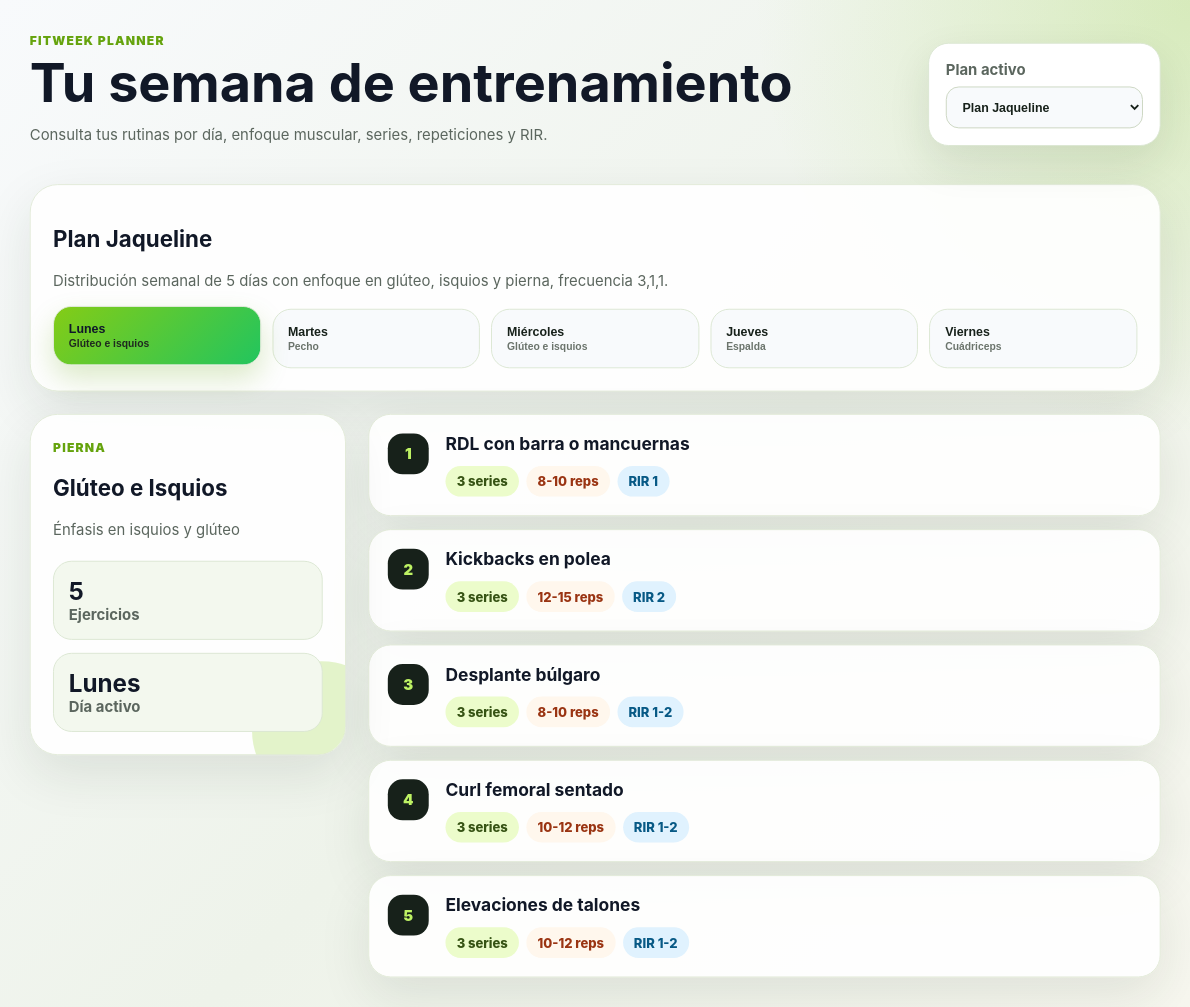
Repository: Jaqueline-CO/Fitweek-Planner
Page: /dashboard
An editor plug-in stored every save of this project. The page is shown before and after a run of saves, followed by the edit.
The browser window is 1280 px wide. The pictures show the whole page, at 93% of full size.
The project was rebuilt for these pictures with package versions that can differ from the ones it lists, and the page was loaded fresh each time. Also part of the build but not shown: vite.config.js.

Above is the page before, as saved 2026-06-17 12:29:42.

### index.html
<!doctype html>
<html lang="en">
  <head>
    <meta charset="UTF-8" />
    <link rel="icon" type="image/svg+xml" href="/favicon.svg" />
    <meta name="viewport" content="width=device-width, initial-scale=1.0" />
    <title>rutinasgym</title>
  </head>
  <body>
    <div id="root"></div>
    <script type="module" src="/src/main.jsx"></script>
  </body>
</html>

### src/index.css
* {
  box-sizing: border-box;
}

html,
body,
#root {
  width: 100%;
  min-height: 100%;
  margin: 0;
}

body {
  min-width: 320px;
  font-family: Inter, system-ui, sans-serif;
}

### src/App.jsx
import AppRoutes from "./routes/AppRoutes";

function App() {
  return <AppRoutes />;
}

export default App;

### src/routes/AppRoutes.jsx
import { BrowserRouter, Routes, Route } from "react-router-dom";
import Login from "../pages/Login";
import Dashboard from "../pages/Dashboard";

function AppRoutes() {
  return (
    <BrowserRouter>
      <Routes>
        <Route path="/" element={<Login />} />
        <Route path="/dashboard" element={<Dashboard />} />
      </Routes>
    </BrowserRouter>
  );
}

export default AppRoutes;

### src/pages/Dashboard.jsx
import { useState } from "react";
import { weeklyPlans } from "../data/weeklyPlans";
import { routines } from "../data/routines";
import "../styles/Dashboard.css";

function Dashboard() {
  const [selectedPlanId, setSelectedPlanId] = useState("jaqueline");
  const [selectedDay, setSelectedDay] = useState("Lunes");

  const selectedPlan = weeklyPlans.find((plan) => plan.id === selectedPlanId);
  const selectedPlanDay = selectedPlan.days.find((item) => item.day === selectedDay);
  const selectedRoutine = routines.find((routine) => routine.id === selectedPlanDay.routineId);

  return (
    <main className="dashboard-page">
      <section className="dashboard-hero">
        <div>
          <span className="eyebrow">FitWeek Planner</span>
          <h1>Tu semana de entrenamiento</h1>
          <p>Consulta tus rutinas por día, enfoque muscular, series, repeticiones y RIR.</p>
        </div>

        <div className="plan-selector">
          <label>Plan activo</label>
          <select
            value={selectedPlanId}
            onChange={(e) => {
              setSelectedPlanId(e.target.value);
              setSelectedDay("Lunes");
            }}
          >
            {weeklyPlans.map((plan) => (
              <option key={plan.id} value={plan.id}>
                {plan.name}
              </option>
            ))}
          </select>
        </div>
      </section>

      <section className="plan-card">
        <div>
          <h2>{selectedPlan.name}</h2>
          <p>{selectedPlan.description}</p>
        </div>

        <div className="day-tabs">
          {selectedPlan.days.map((item) => (
            <button
              key={item.day}
              className={selectedDay === item.day ? "day-tab active" : "day-tab"}
              onClick={() => setSelectedDay(item.day)}
            >
              <span>{item.day}</span>
              <small>{item.label}</small>
            </button>
          ))}
        </div>
      </section>

      <section className="routine-layout">
        <aside className="routine-summary">
          <span className="routine-category">{selectedRoutine.category}</span>
          <h2>{selectedRoutine.title}</h2>
          <p>{selectedRoutine.focus}</p>

          <div className="summary-stats">
            <div>
              <strong>{selectedRoutine.exercises.length}</strong>
              <span>Ejercicios</span>
            </div>
            <div>
              <strong>{selectedDay}</strong>
              <span>Día activo</span>
            </div>
          </div>
        </aside>

        <section className="exercise-list">
          {selectedRoutine.exercises.map((exercise, index) => (
            <article className="exercise-card" key={index}>
              <div className="exercise-number">{index + 1}</div>

              <div className="exercise-info">
                <h3>{exercise.name}</h3>

                <div className="exercise-tags">
                  <span>{exercise.sets} series</span>
                  <span>{exercise.reps} reps</span>
                  <span>RIR {exercise.rir}</span>
                </div>

                {exercise.notes && <p>{exercise.notes}</p>}
              </div>
            </article>
          ))}
        </section>
      </section>
    </main>
  );
}

export default Dashboard;

### src/data/weeklyPlans.js
export const weeklyPlans = [
  {
    id: "jaqueline",
    name: "Plan Jaqueline",
    description: "Distribución semanal de 5 días con enfoque en glúteo, isquios y pierna, frecuencia 3,1,1.",
    days: [
      { day: "Lunes", routineId: "gluteo-isquios", label: "Glúteo e isquios" },
      { day: "Martes", routineId: "pecho-a", label: "Pecho" },
      { day: "Miércoles", routineId: "gluteo-isquios", label: "Glúteo e isquios" },
      { day: "Jueves", routineId: "espalda", label: "Espalda" },
      { day: "Viernes", routineId: "cuadriceps", label: "Cuádriceps" },
    ],
  },
  {
    id: "alan",
    name: "Plan Alan",
    description: "Distribución semanal de 5 días con enfoque en Pecho, frecuencia 2,2,1.",
    days: [
      { day: "Lunes", routineId: "gluteo-isquios", label: "Glúteo e isquios" },
      { day: "Martes", routineId: "pecho-a", label: "Pecho" },
      { day: "Miércoles", routineId: "espalda", label: "Espalda" },
      { day: "Jueves", routineId: "pecho-b", label: "Pecho" },
      { day: "Viernes", routineId: "cuadriceps", label: "Cuádriceps" },
    ],
  },
];

### src/data/routines.js
export const routines = [
  {
    id: "gluteo-isquios",
    title: "Glúteo e Isquios",
    category: "Pierna",
    focus: "Énfasis en isquios y glúteo",
    exercises: [
      { name: "RDL con barra o mancuernas", sets: 3, reps: "8-10", rir: "1", video:"./videos/rdl.mp4" },
      { name: "Kickbacks en polea", sets: 3, reps: "12-15", rir: "2",video:"./videos/kickback-polea.mp4"},
      { name: "Desplante búlgaro", sets: 3, reps: "8-10", rir: "1-2", video:"./videos/-bulgaro.mp4" },
      { name: "Curl femoral sentado", sets: 3, reps: "10-12", rir: "1-2" },
      { name: "Elevaciones de talones", sets: 3, reps: "10-12", rir: "1-2" },
    ],
  },
  {
    id: "cuadriceps",
    title: "Cuádriceps",
    category: "Pierna",
    focus: "Énfasis en cuádriceps",
    exercises: [
      { name: "Sentadilla Hack", sets: 3, reps: "6-8", rir: "1" },
      { name: "Hip Thrust con barra", sets: 3, reps: "8-10", rir: "1" },
      { name: "Curl femoral acostado", sets: 3, reps: "10-12", rir: "1-2" },
      { name: "Extensiones de cuádriceps", sets: 3, reps: "10-12", rir: "1-2" },
      { name: "Abducción en máquina", sets: 3, reps: "12-15", rir: "1-2" },
      { name: "Adducción en máquina", sets: 3, reps: "12-15", rir: "1-2" },
      { name: "Elevaciones de talones", sets: 3, reps: "10-12", rir: "1-2" },
    ],
  },
  {
    id: "pecho-a",
    title: "Pecho A",
    category: "Pecho",
    focus: "Énfasis en pectoral mayor",
    exercises: [
      { name: "Press inclinado con mancuernas", sets: 3, reps: "8-10", rir: "1-2" },
      { name: "Press plano con barra", sets: 2, reps: "6-8", rir: "0-1" },
      { name: "Elevaciones laterales con mancuerna", sets: 2, reps: "12-15", rir: "2" },
      { name: "Elevaciones en polea baja unilateral", sets: 3, reps: "12-15", rir: "2" },
      { name: "Extensión de tríceps con cuerda", sets: 2, reps: "12-15", rir: "1-2" },
    ],
  },
  {
    id: "pecho-b",
    title: "Pecho B",
    category: "Pecho",
    focus: "Deltoide anterior, lateral y tríceps",
    exercises: [
      { name: "Press militar con mancuernas", sets: 3, reps: "8-10", rir: "1" },
      { name: "Press plano con barra o máquina", sets: 2, reps: "6-8", rir: "1" },
      { name: "Cruce en poleas baja", sets: 2, reps: "12-15", rir: "2" },
      { name: "Elevaciones laterales con mancuernas", sets: 2, reps: "15-20", rir: "2" },
      { name: "Extensión de tríceps overhead con cuerda", sets: 2, reps: "12-15", rir: "1-2" },
      { name: "Push down con cuerda", sets: 2, reps: "10-12", rir: "1-2" },
    ],
  },
  {
    id: "espalda",
    title: "Espalda",
    category: "Espalda",
    focus: "Dorsales - Amplitud, fuerza de tracción y foco lat",
    exercises: [
      { name: "Jalón al pecho con agarre neutro", sets: 4, reps: "8-10", rir: "-", notes: "Máxima activación del dorsal ancho. Tensión mecánica alta." },
      { name: "Remo en maquina unilateral", sets: 4, reps: "8-10", rir: "-", notes: "Segunda línea de tracción horizontal. Enfocado en upper back general." },
      { name: "Pull-over con cuerda en polea alta", sets: 3, reps: "12-15", rir: "-", notes: "Aislamiento del dorsal, sin intervención del bíceps." },
      { name: "Curl de bíceps en maquina", sets: 3, reps: "10-12", rir: "-", notes: "Foco total en bíceps braquial con gran estiramiento." },
    ],
  },
];

### src/styles/Dashboard.css
.dashboard-page {
  min-height: 100vh;
  padding: 32px;
  color: #17211a;
  background:
    radial-gradient(circle at top right, rgba(132, 204, 22, 0.22), transparent 28%),
    linear-gradient(135deg, #f8fafc, #eef3ea 55%, #f7f7ef);
  font-family: Inter, system-ui, sans-serif;
}

.dashboard-hero {
  display: flex;
  justify-content: space-between;
  gap: 24px;
  align-items: center;
  margin-bottom: 28px;
}

.eyebrow,
.routine-category {
  color: #65a30d;
  font-weight: 900;
  letter-spacing: 0.1em;
  text-transform: uppercase;
  font-size: 13px;
}

.dashboard-hero h1 {
  font-size: clamp(34px, 5vw, 58px);
  margin: 8px 0;
  color: #111827;
  line-height: 1;
}

.dashboard-hero p,
.plan-card p,
.routine-summary p,
.exercise-info p {
  color: #5b665e;
}

.plan-selector {
  background: #ffffff;
  border: 1px solid #dbe7d2;
  padding: 18px;
  border-radius: 22px;
  min-width: 250px;
  box-shadow: 0 18px 45px rgba(32, 51, 34, 0.1);
}

.plan-selector label {
  display: block;
  margin-bottom: 8px;
  color: #5b665e;
  font-weight: 700;
}

.plan-selector select {
  width: 100%;
  padding: 13px;
  border-radius: 14px;
  border: 1px solid #cbd5c0;
  outline: none;
  font-weight: 800;
  color: #17211a;
  background: #f8fafc;
}

.plan-card,
.routine-summary,
.exercise-card {
  background: rgba(255, 255, 255, 0.92);
  border: 1px solid #e1ead8;
  box-shadow: 0 20px 55px rgba(32, 51, 34, 0.1);
}

.plan-card {
  border-radius: 30px;
  padding: 24px;
  margin-bottom: 24px;
}

.plan-card h2,
.routine-summary h2,
.exercise-info h3 {
  color: #111827;
}

.day-tabs {
  display: grid;
  grid-template-columns: repeat(5, 1fr);
  gap: 12px;
  margin-top: 20px;
}

.day-tab {
  border: 1px solid #dbe7d2;
  border-radius: 20px;
  padding: 16px;
  cursor: pointer;
  background: #f8fafc;
  color: #17211a;
  text-align: left;
  transition: 0.2s ease;
}

.day-tab span {
  display: block;
  font-weight: 900;
}

.day-tab small {
  color: #6b746c;
  font-weight: 600;
}

.day-tab.active,
.day-tab:hover {
  background: linear-gradient(135deg, #84cc16, #22c55e);
  color: #0f172a;
  transform: translateY(-3px);
  box-shadow: 0 14px 30px rgba(101, 163, 13, 0.22);
}

.day-tab.active small,
.day-tab:hover small {
  color: #1f2a1f;
}

.routine-layout {
  display: grid;
  grid-template-columns: 340px 1fr;
  gap: 24px;
}

.routine-summary {
  border-radius: 30px;
  padding: 24px;
  height: fit-content;
  position: relative;
  overflow: hidden;
}

.routine-summary::after {
  content: "";
  position: absolute;
  width: 150px;
  height: 150px;
  right: -50px;
  bottom: -50px;
  background: rgba(132, 204, 22, 0.22);
  border-radius: 50%;
}

.summary-stats {
  display: grid;
  grid-template-columns: 1fr;
  gap: 14px;
  margin-top: 24px;
  position: relative;
  z-index: 1;
}

.summary-stats div {
  background: #f3f8ee;
  border: 1px solid #dbe7d2;
  border-radius: 20px;
  padding: 16px;
}

.summary-stats strong {
  display: block;
  font-size: 26px;
  color: #111827;
}

.summary-stats span {
  color: #5b665e;
  font-weight: 700;
}

.exercise-list {
  display: grid;
  gap: 14px;
}

.exercise-card {
  display: flex;
  gap: 18px;
  align-items: flex-start;
  border-radius: 24px;
  padding: 20px;
  transition: 0.2s ease;
}

.exercise-card:hover {
  transform: translateY(-2px);
  box-shadow: 0 22px 60px rgba(32, 51, 34, 0.14);
}

.exercise-number {
  width: 44px;
  height: 44px;
  border-radius: 16px;
  display: grid;
  place-items: center;
  font-weight: 900;
  background: #17211a;
  color: #bef264;
}

.exercise-info h3 {
  margin: 0 0 12px;
}

.exercise-tags {
  display: flex;
  flex-wrap: wrap;
  gap: 8px;
}

.exercise-tags span {
  padding: 8px 12px;
  border-radius: 999px;
  background: #ecfccb;
  color: #365314;
  font-size: 14px;
  font-weight: 800;
}

.exercise-tags span:nth-child(2) {
  background: #fff7ed;
  color: #9a3412;
}

.exercise-tags span:nth-child(3) {
  background: #e0f2fe;
  color: #075985;
}

@media (max-width: 1100px) {
  .routine-layout {
    grid-template-columns: 300px 1fr;
  }

  .dashboard-hero h1 {
    font-size: 42px;
  }
}

@media (max-width: 900px) {
  .dashboard-page {
    padding: 24px;
  }

  .dashboard-hero {
    display: grid;
    grid-template-columns: 1fr;
  }

  .plan-selector {
    width: 100%;
    min-width: 0;
  }

  .day-tabs {
    grid-template-columns: repeat(2, 1fr);
  }

  .routine-layout {
    grid-template-columns: 1fr;
  }

  .routine-summary {
    position: static;
  }
}

@media (max-width: 600px) {
  .dashboard-page {
    padding: 16px;
  }

  .dashboard-hero h1 {
    font-size: 34px;
  }

  .dashboard-hero p {
    font-size: 15px;
  }

  .plan-card,
  .routine-summary,
  .exercise-card {
    border-radius: 22px;
  }

  .plan-card {
    padding: 18px;
  }

  .day-tabs {
    grid-template-columns: 1fr;
  }

  .day-tab {
    padding: 14px;
  }

  .exercise-card {
    flex-direction: column;
  }

  .exercise-number {
    width: 38px;
    height: 38px;
  }

  .exercise-tags {
    gap: 6px;
  }

  .exercise-tags span {
    font-size: 13px;
    padding: 7px 10px;
  }
}

Loaded but not shown: src/main.jsx (common file); src/pages/Login.jsx (no stored copy; drawn as an empty file)

After the next 3 saves:
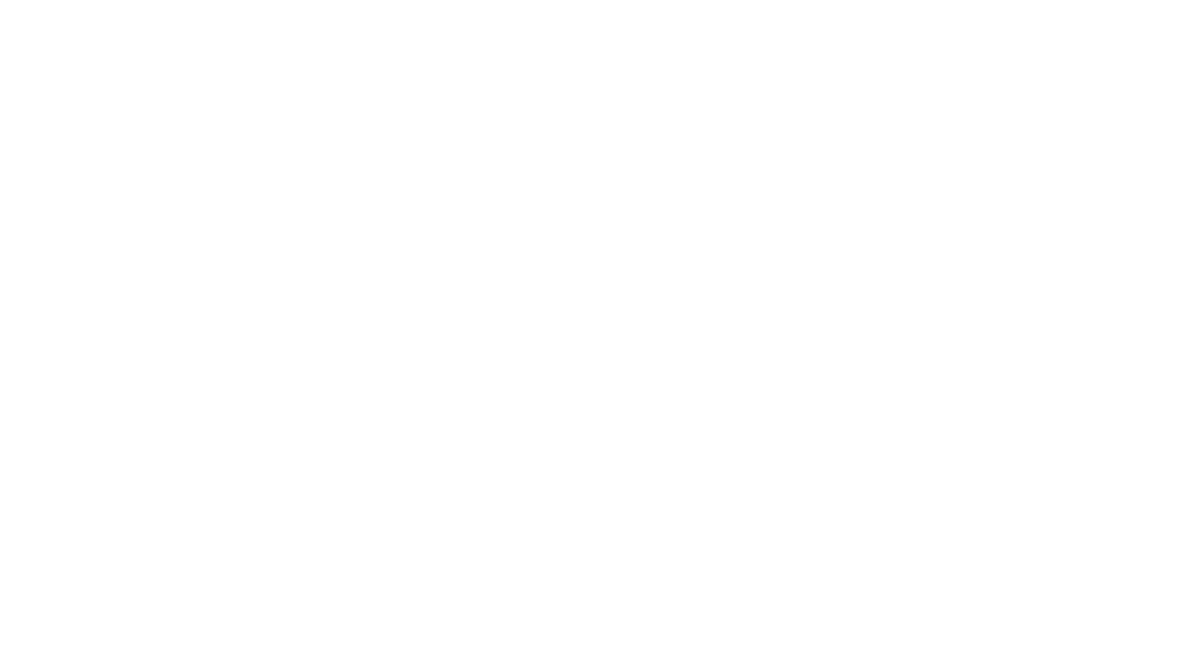
Console error: ReferenceError: video is not defined
The 3 saves are shown as one change because they came seconds apart.
The last was saved 10 s later.
--- a/src/data/routines.js
+++ b/src/data/routines.js
@@ -7,8 +7,8 @@
     exercises: [
       { name: "RDL con barra o mancuernas", sets: 3, reps: "8-10", rir: "1", video:"./videos/rdl.mp4" },
       { name: "Kickbacks en polea", sets: 3, reps: "12-15", rir: "2",video:"./videos/kickback-polea.mp4"},
-      { name: "Desplante búlgaro", sets: 3, reps: "8-10", rir: "1-2", video:"./videos/-bulgaro.mp4" },
-      { name: "Curl femoral sentado", sets: 3, reps: "10-12", rir: "1-2" },
+      { name: "Desplante búlgaro", sets: 3, reps: "8-10", rir: "1-2", video:"./videos/bulgara.mp4" },
+      { name: "Curl femoral sentado", sets: 3, reps: "10-12", rir: "1-2", video },
       { name: "Elevaciones de talones", sets: 3, reps: "10-12", rir: "1-2" },
     ],
   },

After the save that followed:
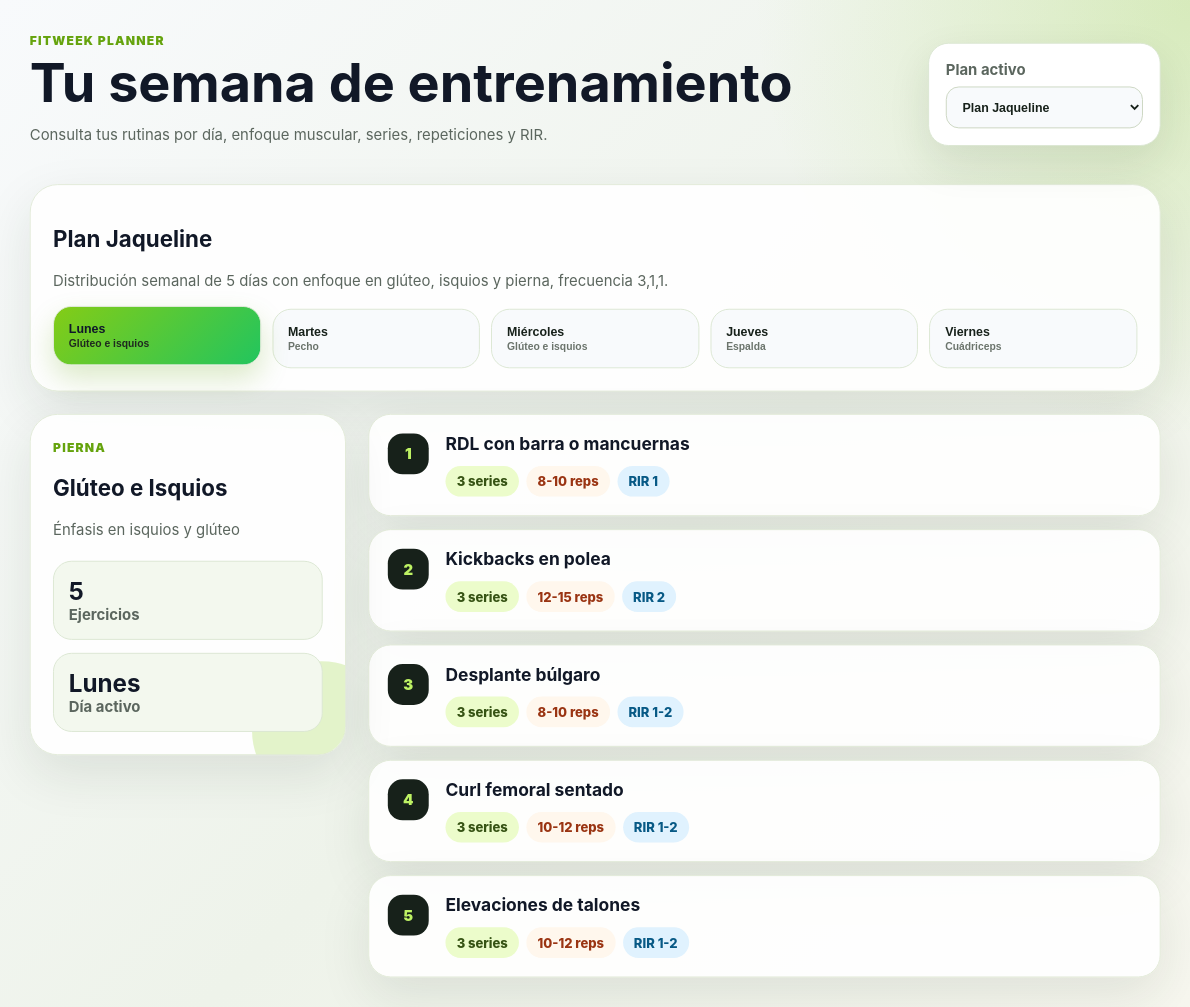
The error is gone.
Saved 4 s later.
--- a/src/data/routines.js
+++ b/src/data/routines.js
@@ -8,7 +8,7 @@
       { name: "RDL con barra o mancuernas", sets: 3, reps: "8-10", rir: "1", video:"./videos/rdl.mp4" },
       { name: "Kickbacks en polea", sets: 3, reps: "12-15", rir: "2",video:"./videos/kickback-polea.mp4"},
       { name: "Desplante búlgaro", sets: 3, reps: "8-10", rir: "1-2", video:"./videos/bulgara.mp4" },
-      { name: "Curl femoral sentado", sets: 3, reps: "10-12", rir: "1-2", video },
+      { name: "Curl femoral sentado", sets: 3, reps: "10-12", rir: "1-2", video:"" },
       { name: "Elevaciones de talones", sets: 3, reps: "10-12", rir: "1-2" },
     ],
   },
